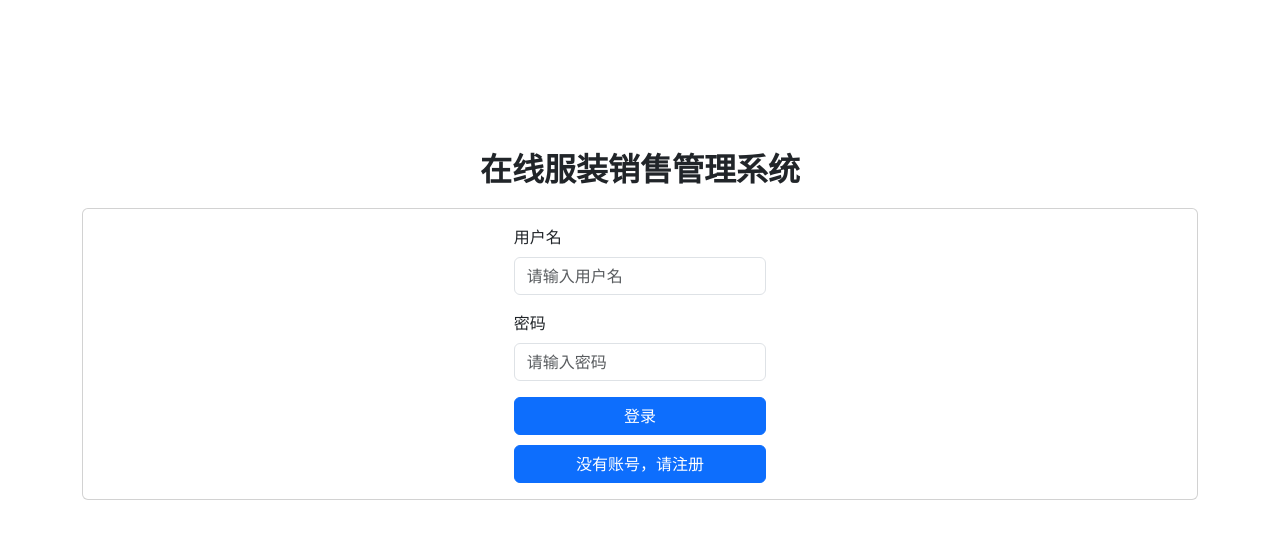
Repository: squawktop/CFS
Page: / (app in web/)
An editor plug-in stored every save of this project. The page is shown before and after a run of saves, followed by the edit.
The browser window is 1280 px wide. The pictures show the whole page.
The project was rebuilt for these pictures with package versions that can differ from the ones it lists, and the page was loaded fresh each time. Also part of the build but not shown: web/vue.config.js, web/src/views/RegisterView.vue, web/src/components/NavBar.vue, web/src/views/HomeView.vue, web/src/views/UsersManageView.vue, web/src/views/PersonalCenterView.vue, web/src/views/GoodsManageView.vue, web/src/views/OrdersManageView.vue and 1 more.

Above is the page before, as saved 2024-03-23 17:07:53.

After the next 2 saves:
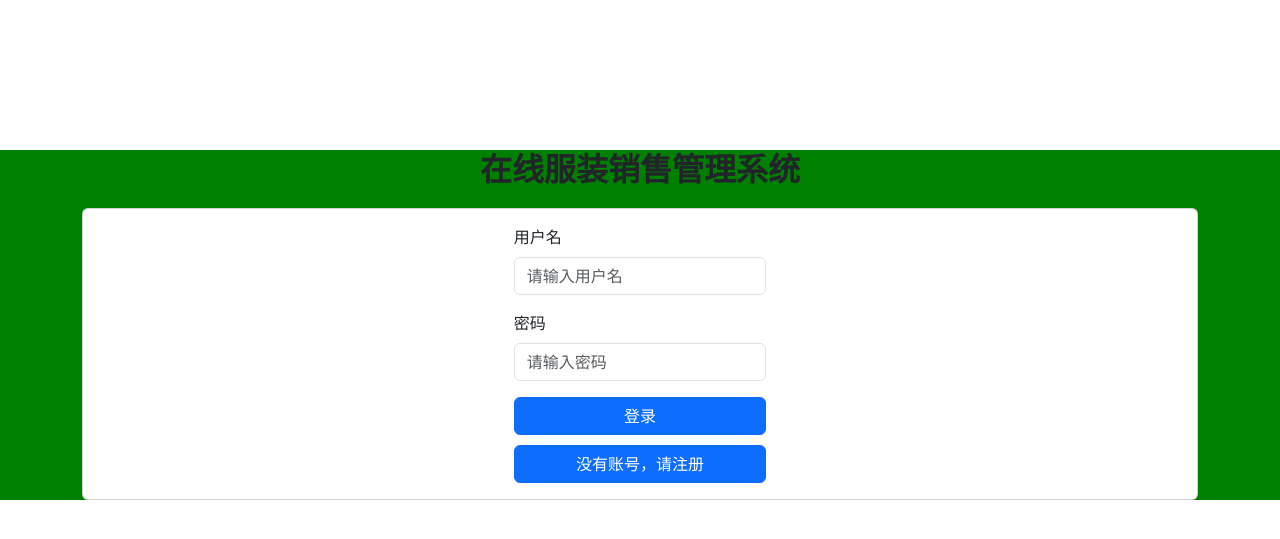
The 2 saves are shown as one change because they came seconds apart.
The last was saved 44 min 47 s later.
--- a/web/src/views/LoginView.vue
+++ b/web/src/views/LoginView.vue
@@ -1,8 +1,8 @@
 <template>
-    <div class="background">
+    <div class="background" style="background-color: green;">
         <h2>在线服装销售管理系统</h2>
         <ContentField v-if="!$store.state.user.pulling_info">
-            <div class="row justify-content-md-center">
+            <div class="row justify-content-md-center" >
                 <div class="col-3">
                     <form @submit.prevent="login">
                         <div class="mb-3">
